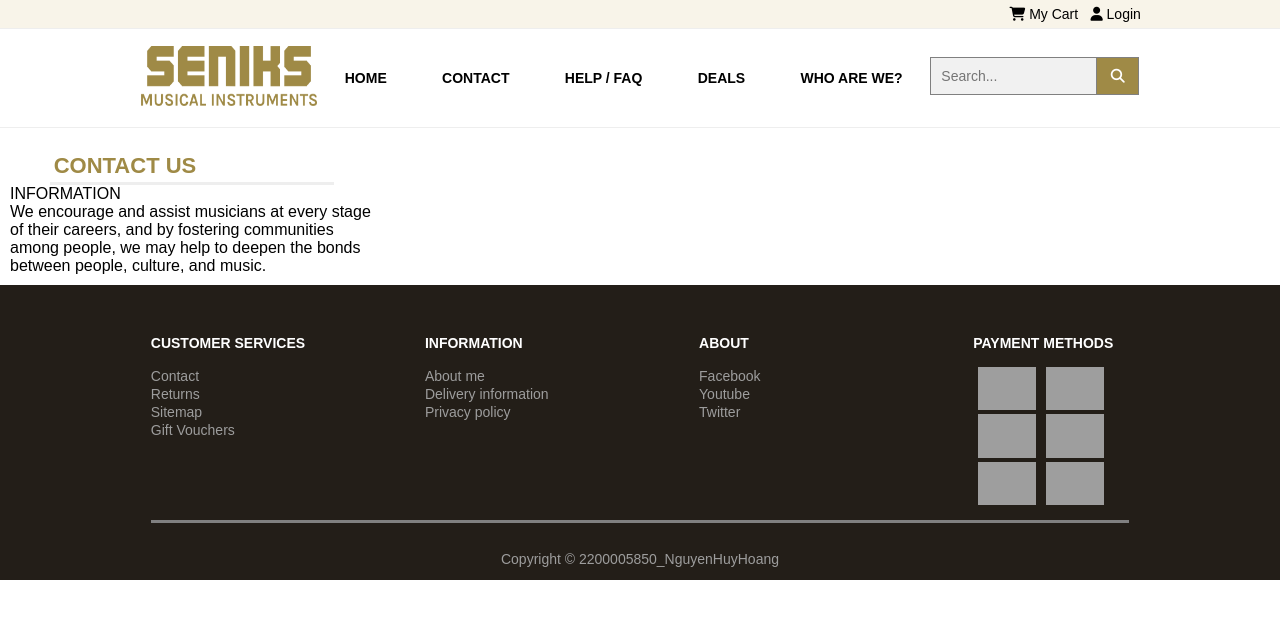
Repository: kuni-hoangnguyen/Do-an-tkweb-nam1
Page: contact.html
The author's editor kept a copy of each file at every save. The page is drawn from the files as they stood at one save, then again after the next save.
The browser window is 1280 px wide. The pictures show the whole page.
Pictures or frames that could not be fetched are drawn as grey boxes.

Above is the page before, as saved 2023-09-20 16:17:39.

After the next save:
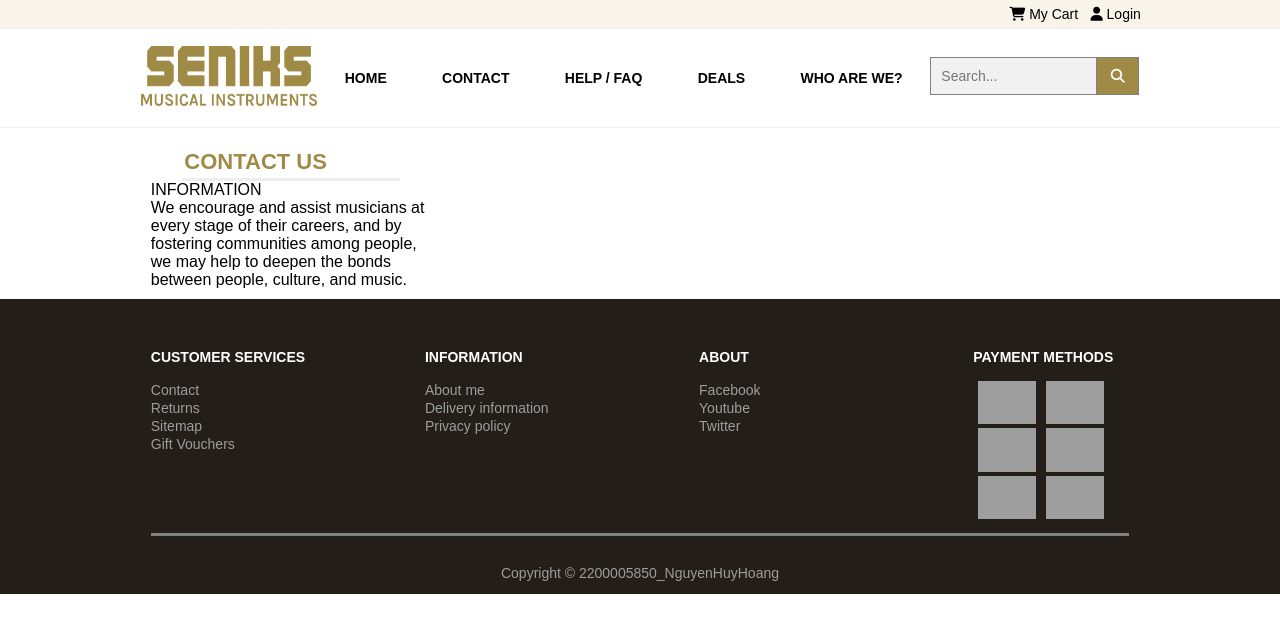
Saved 16 s later.
--- a/contact.css
+++ b/contact.css
@@ -10,6 +10,9 @@
   padding: 10px;
 
 }
+.row{
+  margin: 0 11%;
+}
 .row:after {
   content: "";
   display: table;
